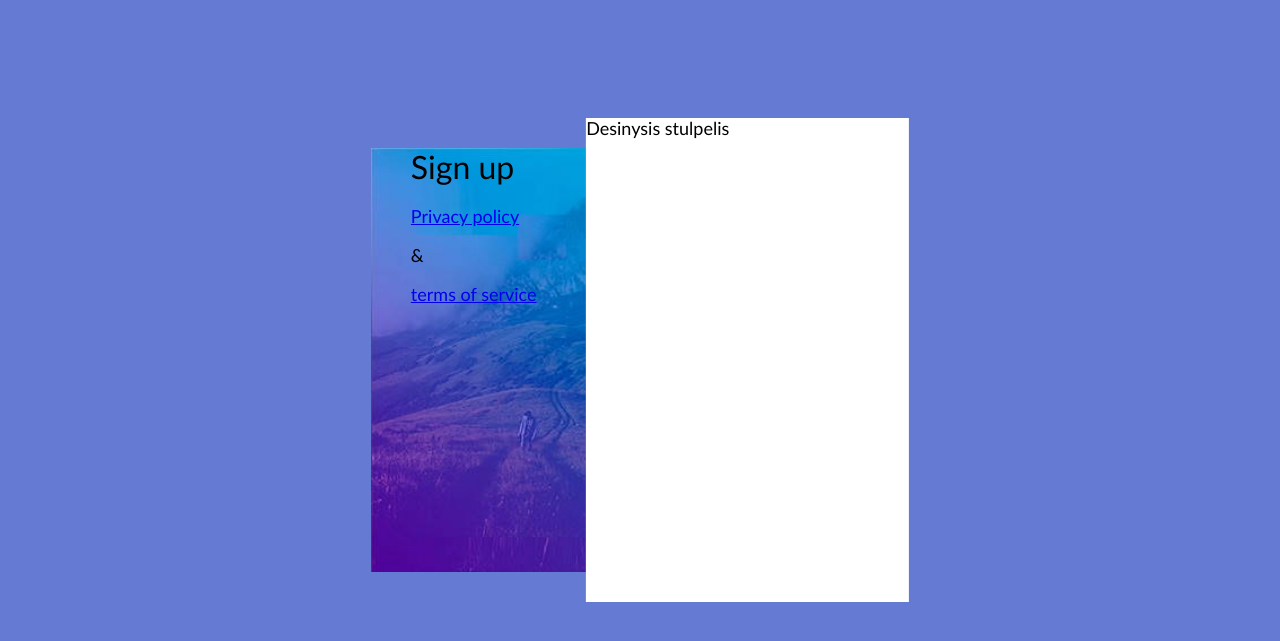
Repository: motiejus1/11-paskaita-adobexd-registracija
Page: index.html
The author's editor kept a copy of each file at every save. The page is drawn from the files as they stood at one save, then again after a run of saves.
The browser window is 1280 px wide. The pictures show the whole page.

Above is the page before, as saved 2021-06-17 19:06:27.

After the next 2 saves:
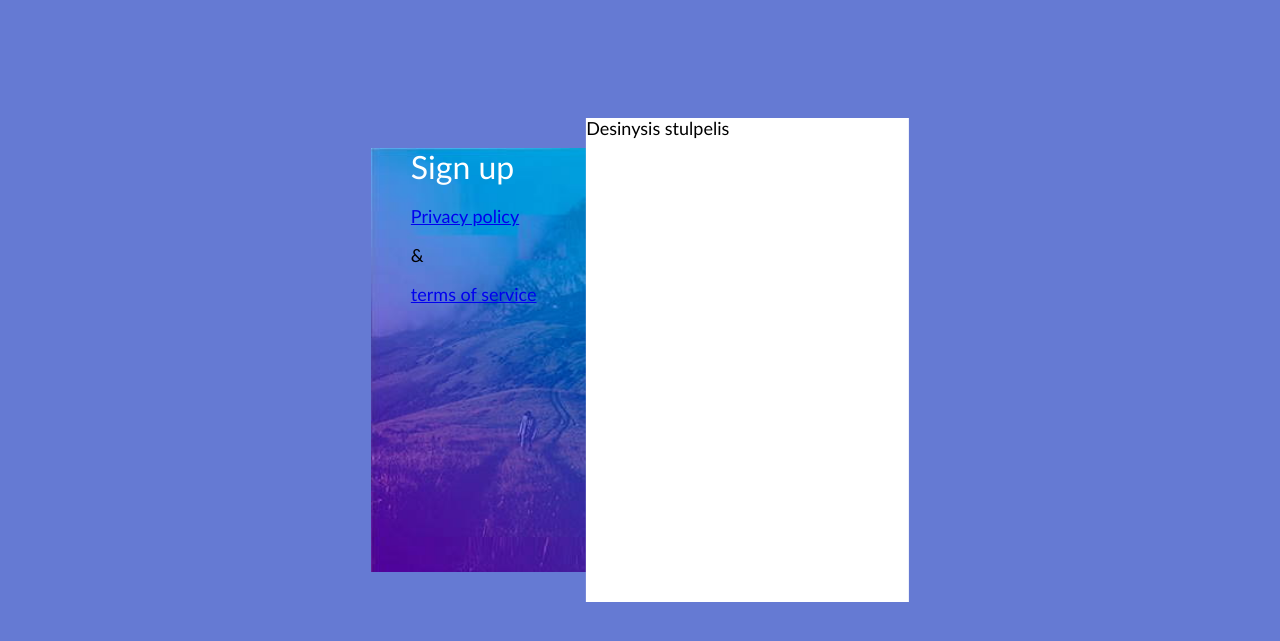
The 2 saves are shown as one change because they came seconds apart.
The last was saved 15 s later.
--- a/index.html
+++ b/index.html
@@ -51,6 +51,7 @@
 
         h1 {
             font: normal normal normal 1.7778rem/2.0556rem Gill Sans MT;
+            color: #FFFFFF;
         }
 
     </style>
